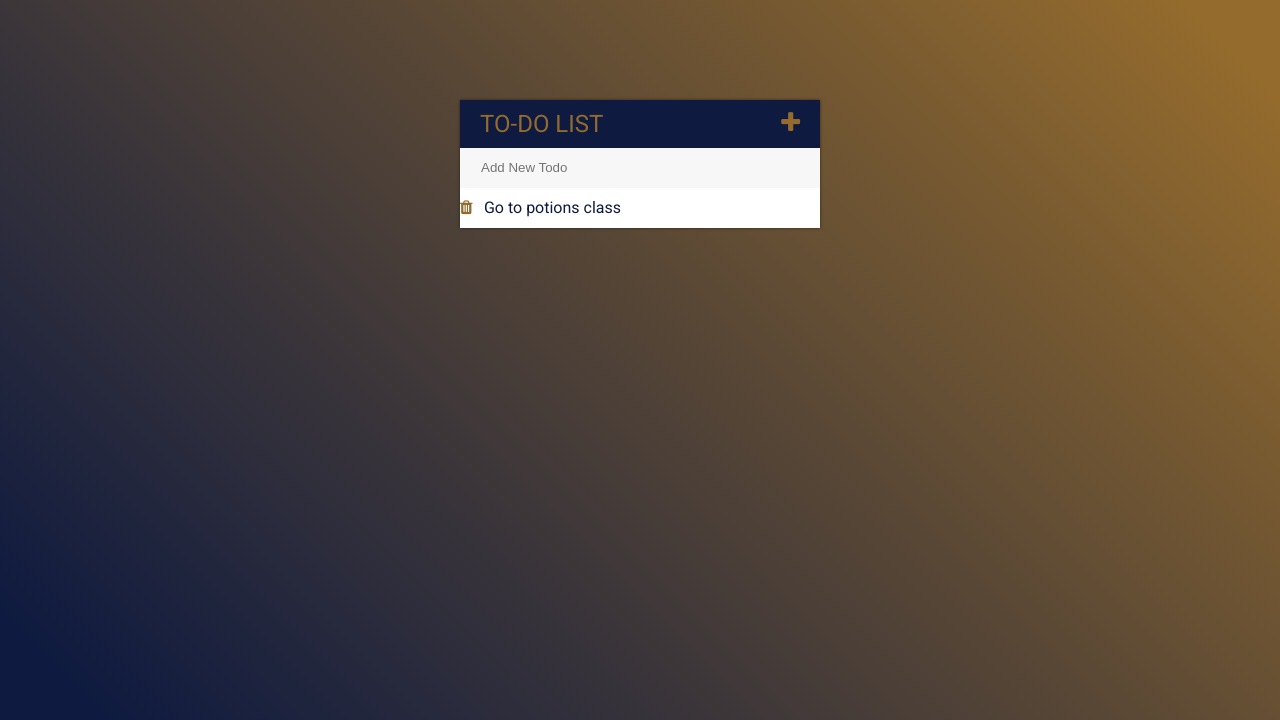
Repository: chrisYoder/Ravenclaw_Todo_List
Page: index.html
The author's editor kept a record of every edit. The page is drawn from the files as they stood at one moment, then again after the next edit.
The browser window is 1280 px wide. The pictures show the whole page.
The pointer rests on the first visible `li`.
Some web libraries are served in a nearby version.

Above is the page before.

### index.html
<!DOCTYPE html>
<html>
  <head>
    <meta name="viewport" content="width=device-width, height=device-height, initial-scale=1">
    <title>Todo List</title>
    <script type="text/javascript" src="assets/js/lib/jquery-3.3.1.min.js"></script>
    <link rel="stylesheet" href="assets/css/styles.css" type="text/css" />
    <link href="https://fonts.googleapis.com/css?family=Roboto" rel="stylesheet">
    <!--<link rel="stylesheet" href="https://use.fontawesome.com/releases/v4.4.0/css/all.css" integrity="sha384-50oBUHEmvpQ+1lW4y57PTFmhCaXp0ML5d60M1M7uH2+nqUivzIebhndOJK28anvf" crossorigin="anonymous">-->
    <link rel="stylesheet" href="https://cdnjs.cloudflare.com/ajax/libs/font-awesome/4.4.0/css/font-awesome.min.css" type="text/css" />

  </head>

  <body>
    <div id='container'>
      <h1>To-do List<i class='fa fa-plus'></i></h1>
      <input type='text' placeholder='Add New Todo'>

      <ul>
        <li><span><i class="fa fa-trash"></i></span> Go to potions class</li>

      </ul>
    </div>




    <script type="text/javascript" src="assets/js/todo.js"></script>
  </body>
</html>

### assets/css/styles.css
:root{
  --bronze: rgb(148,107,45);
  --blue: rgb(14,26,64);
}

body{
  font-family: 'Roboto';


}

body{
  background: -webkit-linear-gradient(45deg, var(--blue) 5%, var(--bronze) 95%);
  background-attachment: fixed;
  background-repeat: no-repeat;
  height: 100%;
  margin: 0;
}

#container{
    width: 360px;
    margin: 100px auto;
    background: #f7f7f7;
    color: var(--blue);
    box-shadow: 0 0 3px rgba(0,0,0,0.5);

}

    h1{
      background: var(--blue);
      color: var(--bronze);
      margin: 0;
      padding: 10px 20px;
      text-transform: uppercase;
      font-size: 24px;
      font-weight: normal;
    }

    .fa-plus{
      float: right;
    }

    input[type='text']{
      width: 100%;
      padding: 7px 7px 7px 21px;
      margin: 0px;
      border: none;
      background: none;
      height: 40px;
      line-height: 40px;
      color: var(--blue);
      box-sizing: border-box;
    }

    input:focus{
      background: #fff;
      border: 3px solid var(--bronze);
      outline: none;
    }

    ul {
      list-style: none;
      margin: 0;
      padding: 0;
    }

    li {
      background: #fff;
      height: 40px;
      line-height: 40px;
    }

    li:nth-child(even){
      background: rgba(93,93,93, 0.25);
    }

    .completed{
      color: var(--bronze);
      text-decoration: line-through;
    }

    span {
      background: var(--blue);
      color: var(--bronze);
      height: 40px;
      margin-right: 20px;
      text-align: center;
      width: 0;
      display: inline-block;
    }

### assets/js/todo.js
/*strike through specific todos*/

$('ul').on('click', 'li', function(){
  $(this).toggleClass('completed');
});

//listen for clicks on x

$('ul').on('click', 'span', function(e){
  $(this).parent().fadeOut(500, function(){
    $(this).remove();
  });
  e.stopPropagation();
});

//new item function

$("input[type='text']").on('keypress', function(e){
  if(e.keyCode === 13){
    let value = $(this).val();
    $('ul').append(`<li><span><i class="fa fa-trash"></i></span> ${value} </li>`);
    $(this).val('');
  }
});

Loaded but not shown: assets/js/lib/jquery-3.3.1.min.js (library)

After the next edit:
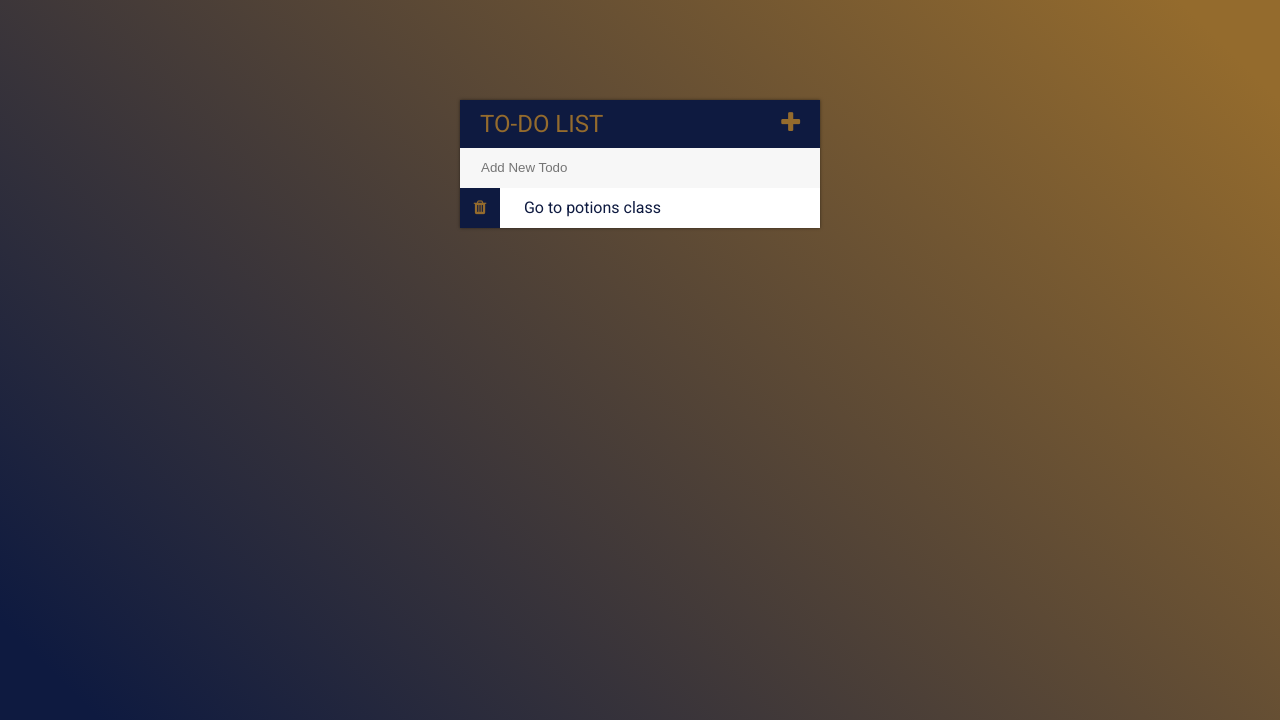
The edit:
--- a/assets/css/styles.css
+++ b/assets/css/styles.css
@@ -88,3 +88,7 @@
       width: 0;
       display: inline-block;
     }
+
+    li:hover span {
+      width: 40px;
+    }
